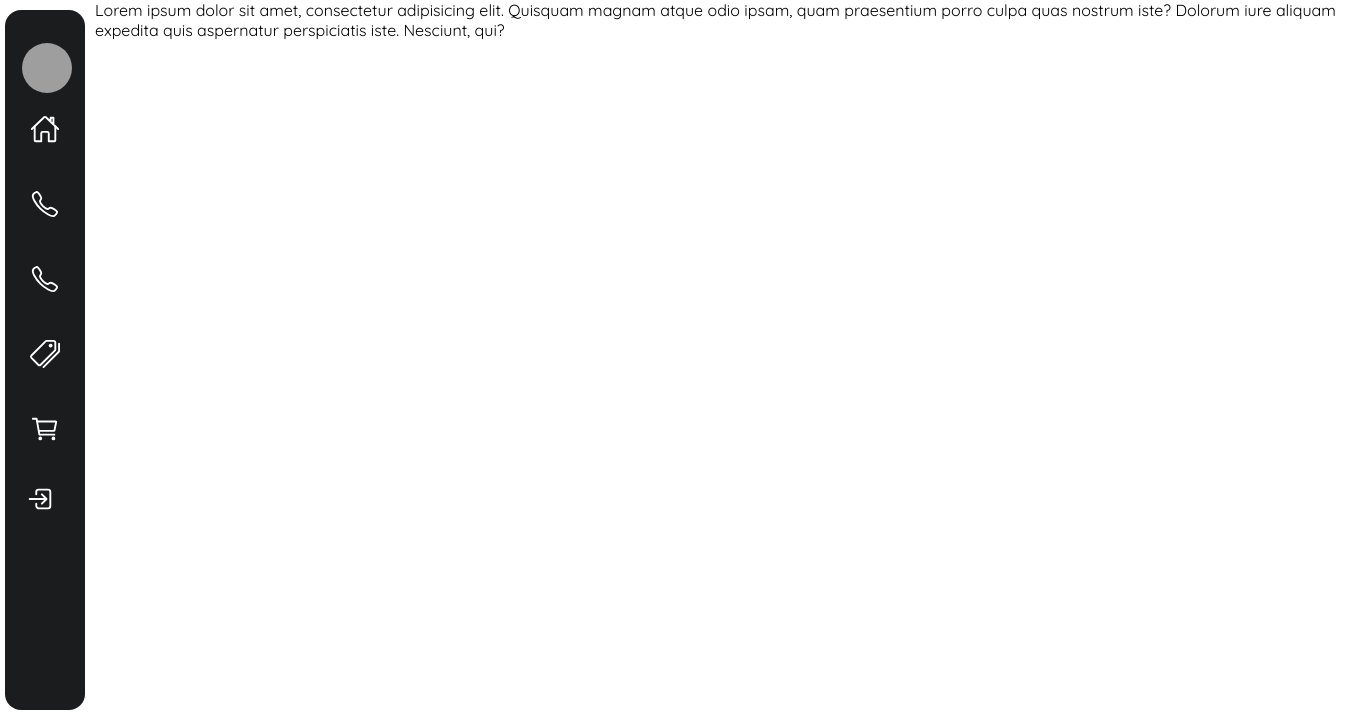
Repository: Fuocmanh/demo
Page: site/nav.html
These files come from the project's save history. The page is drawn as it stood at one moment and after the next save; the edit follows.
The browser window is 1280 px wide. The page is 1360 px wide, so the pictures cover 1360 px, including what lies to the right of the window. The pictures show the whole page.
Pictures or frames that could not be fetched are drawn as grey boxes.

Above is the page before, as saved 2022-12-30 17:21:04.

After the next save:
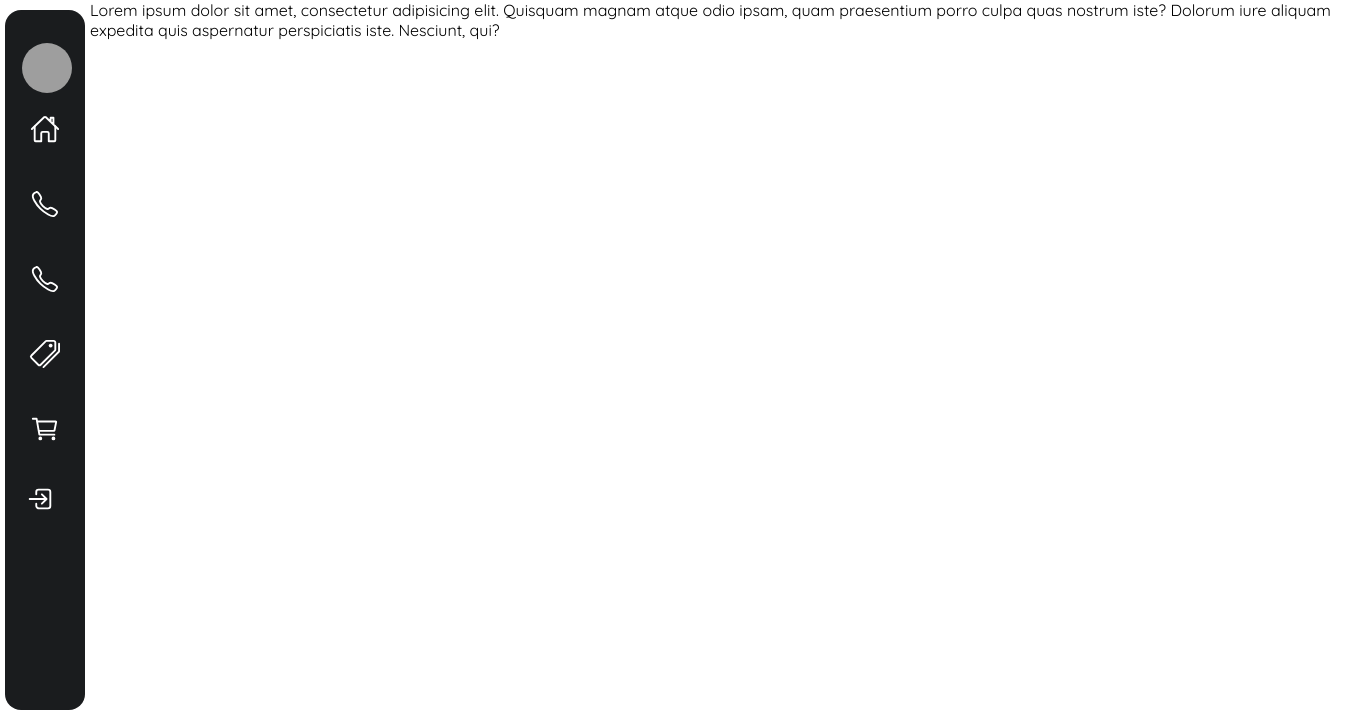
Saved 15 s later.
--- a/css/style.css
+++ b/css/style.css
@@ -16,7 +16,6 @@ body {
     width: 100%;
     display: flex;
     flex-direction: row;
-    gap: 5px;
 }
 
 #sidebar {
